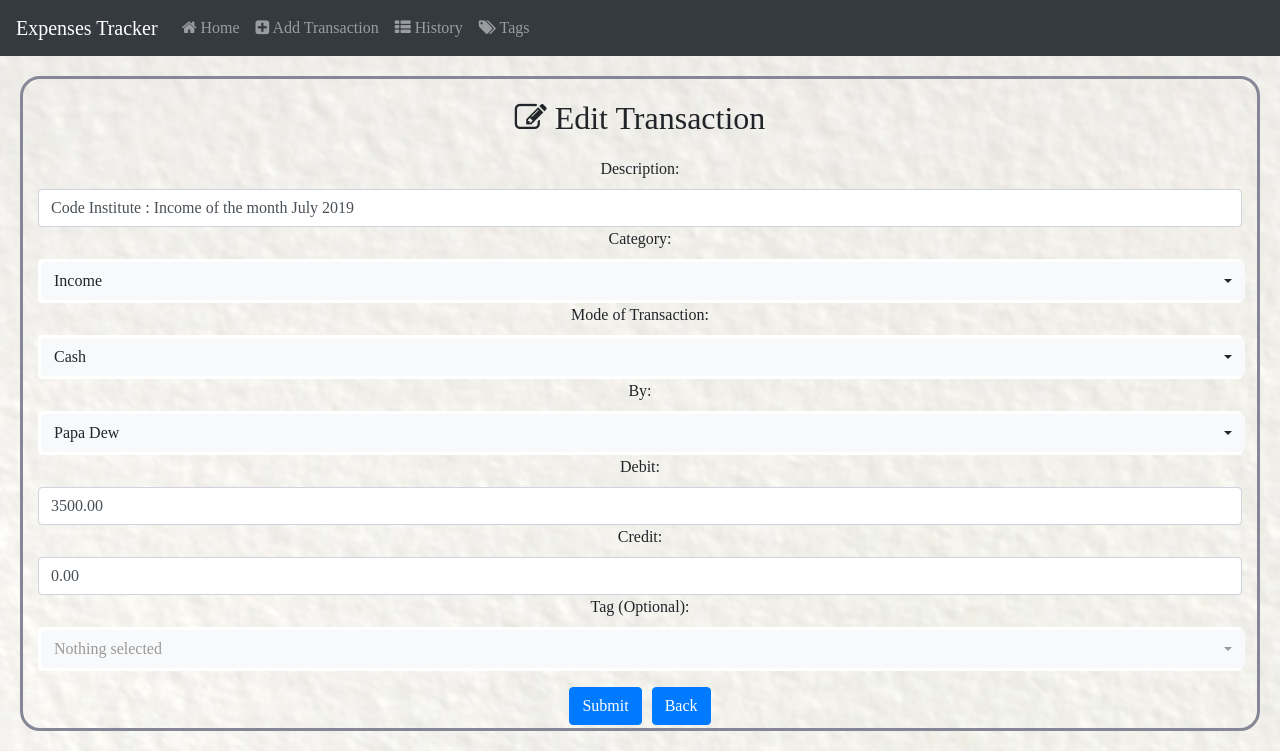
Repository: yucheng91/CI3-expenses-manager
Page: http://localhost/view-all/edit/1
The author's editor kept a record of every edit. The page is drawn from the files as they stood at one moment, then again after the next edit.
The browser window is 1280 px wide. The pictures show the whole page.
Some web fonts or font styles are not loaded; a fallback is used. Some web libraries are served in a nearby version. The page is served by the project's application, run on Flask 3 (app.py). The database holds what the project's SQL file puts in it.

Above is the page before.

After the next edit:
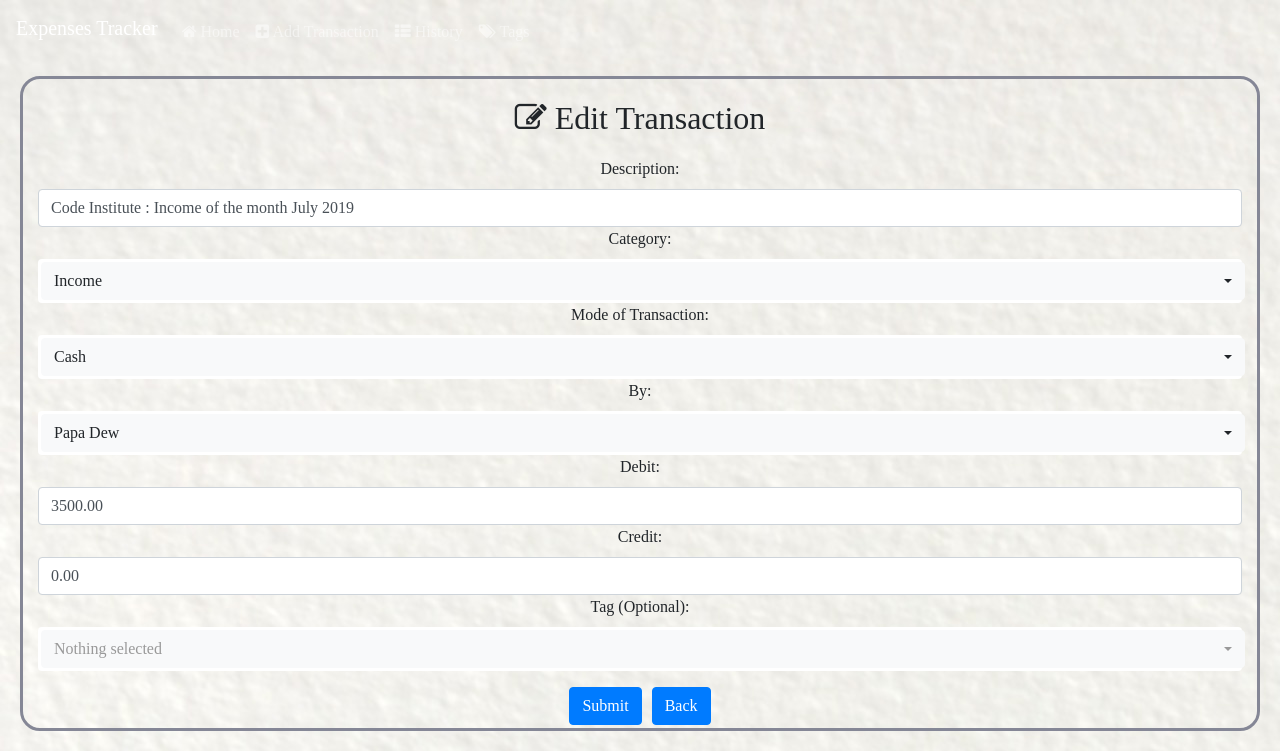
The edit:
--- a/templates/edit_transaction.html
+++ b/templates/edit_transaction.html
@@ -20,8 +20,8 @@
 
 <body>
     <!--nav bar-->
-    <nav class="navbar navbar-expand-sm navbar-dark bg-dark fixed-top">
-  <a class="navbar-brand" href="#">Expenses Tracker</a>
+    <nav class="navbar navbar-expand-sm navbar-dark fixed-top">
+    <h1 class="navbar-brand">Expenses Tracker</h1>
   <button class="navbar-toggler" type="button" data-toggle="collapse" data-target="#navbarNav" aria-controls="navbarNav" aria-expanded="false" aria-label="Toggle navigation">
     <span class="navbar-toggler-icon"></span>
   </button>
